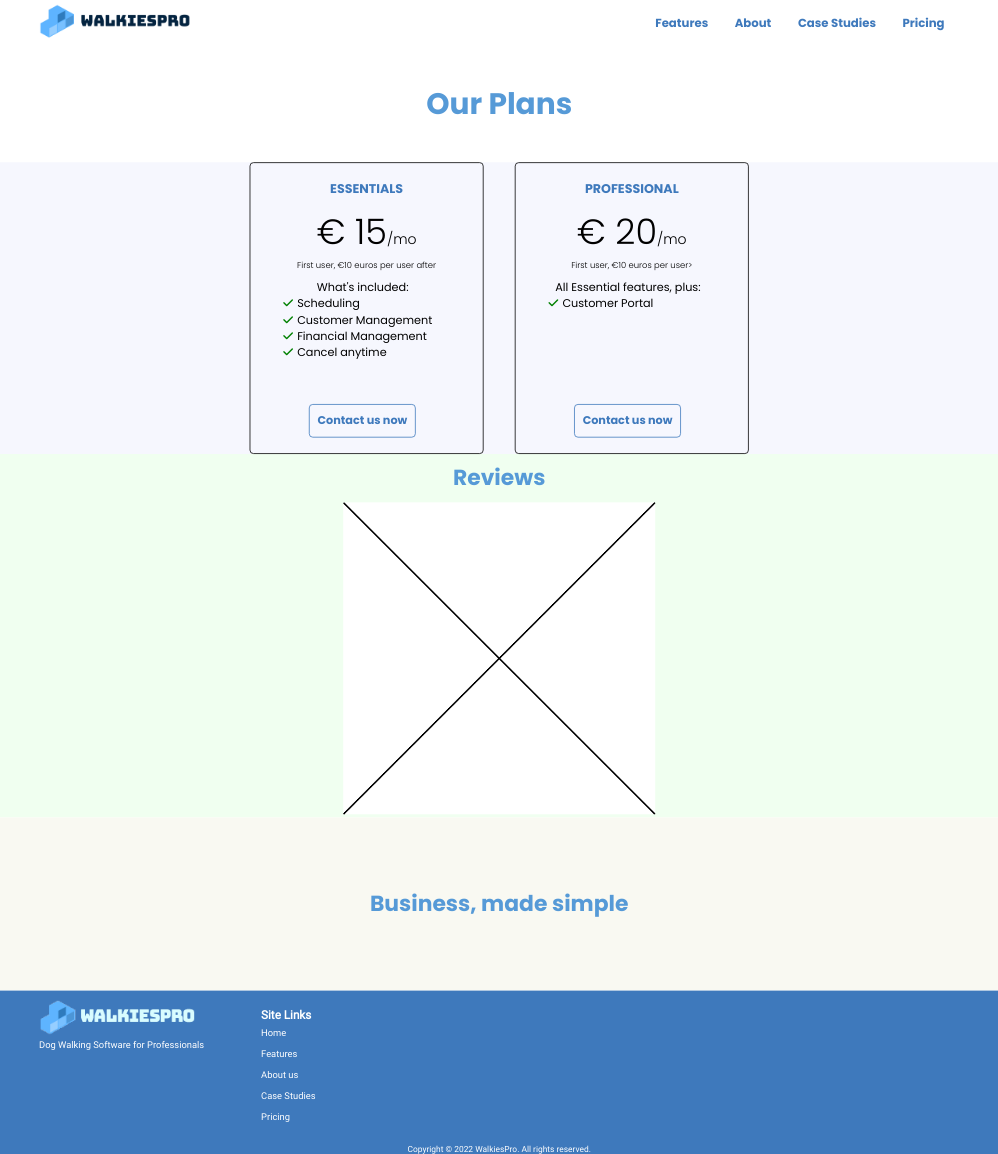
Repository: StevieC87/LAYOUT4
Page: pricing.html
These files come from the project's save history. The page is drawn as it stood at one moment and after the next save; the edit follows.
The browser window is 1280 px wide. The pictures show the whole page, at 78% of full size.

Above is the page before, as saved 2022-01-05 21:19:46.

After the next save:
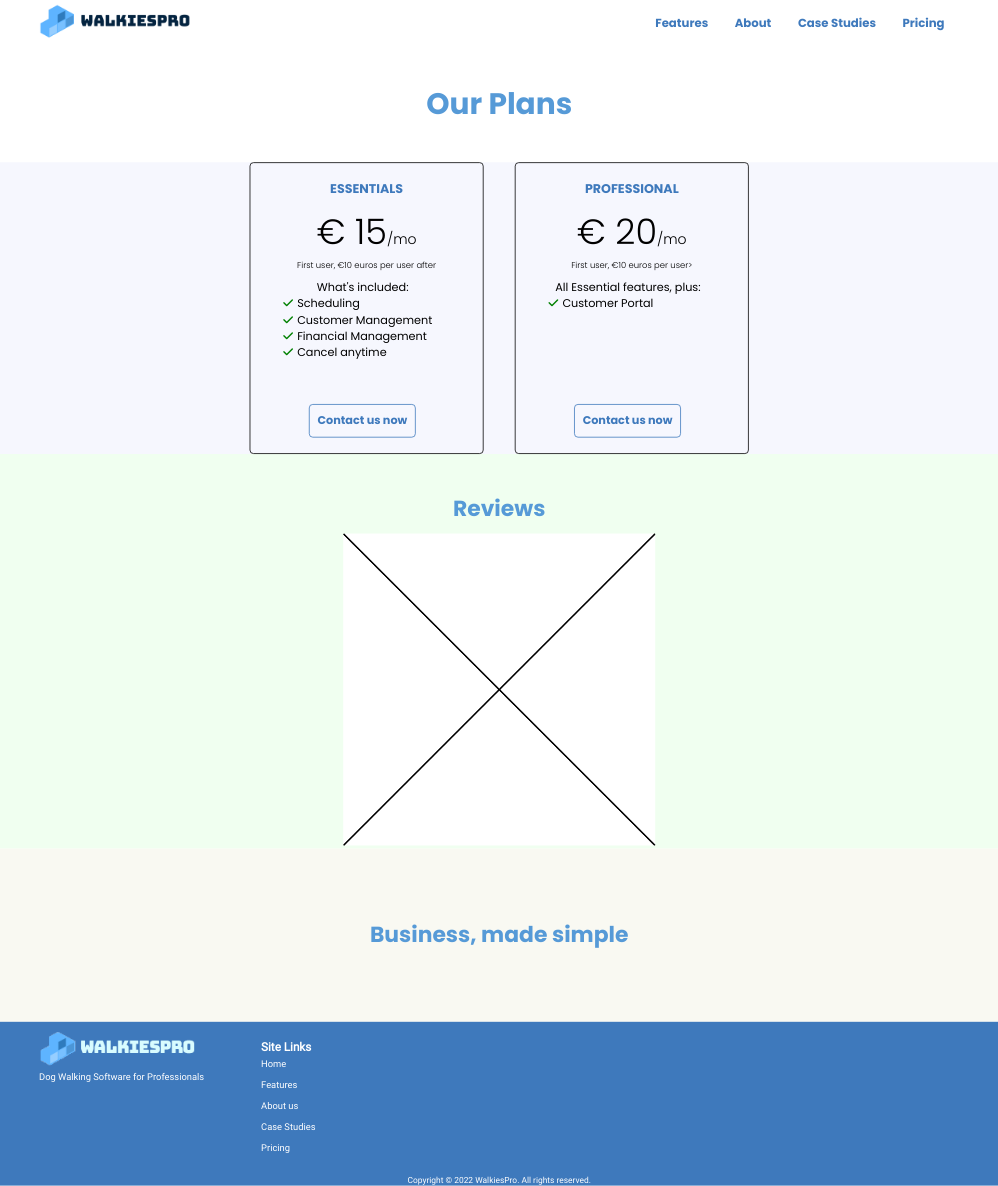
Saved 6 s later.
--- a/pricing.html
+++ b/pricing.html
@@ -106,7 +106,7 @@
       <section class="imagegallerywrapper">
 
         <div class="imagegalleryinnerwrapper">
-          <div class="centerGRIDself"><h3>Reviews</h3></div>
+          <div class="centerGRIDself reviewsdiv"><h3>Reviews</h3></div>
             <div class="imagegallery">
               <img src="images/3.png" alt="" width="400px">
             </div>
